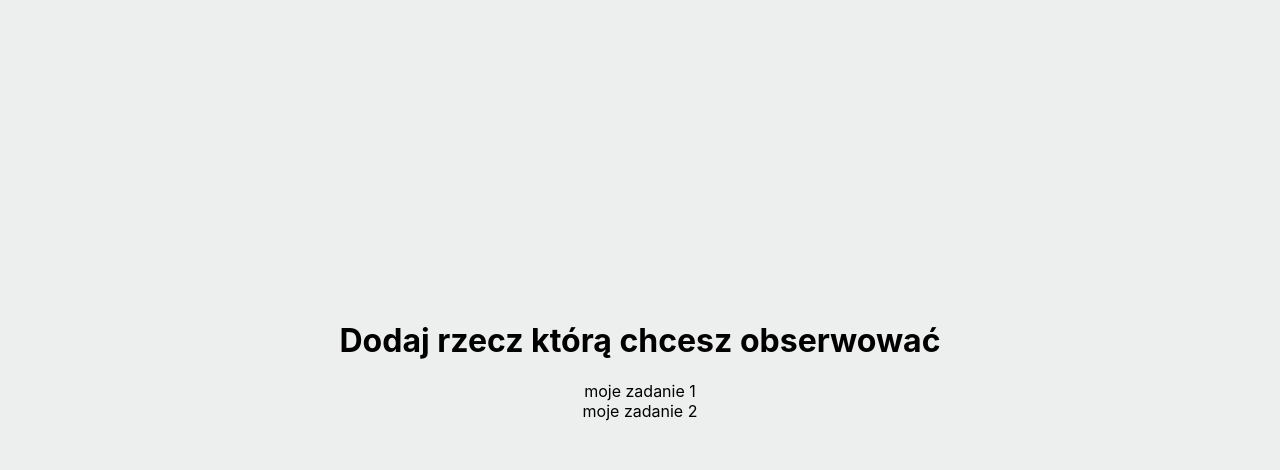
Repository: matedoo/crawler
Page: /MainApp
These files come from the project's save history. The page is drawn as it stood at one moment and after the next save; the edit follows.
The browser window is 1280 px wide. The pictures show the whole page.
The project was rebuilt for these pictures with package versions that can differ from the ones it lists, and the page was loaded fresh each time. Also part of the build but not shown: src/Components/button.js, src/Components/LoginComponents/LoginApp.js, src/Components/LoginComponents/RegisterApp.js, src/Components/btnContainer.js, src/Components/heading.js, src/Components/LoginComponents/StartApp.js.

Above is the page before, as saved 2020-04-19 18:11:10.

After the next save:
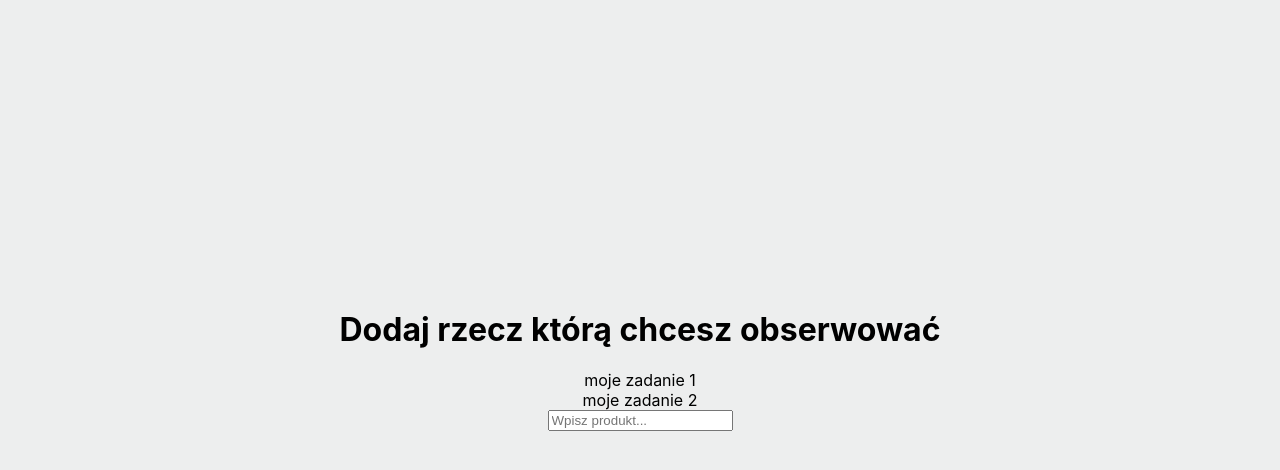
Saved 6 min 31 s later.
--- a/src/Components/MainApp/MainApp.js
+++ b/src/Components/MainApp/MainApp.js
@@ -16,7 +16,7 @@ function MainApp(props) {
             element={element}
           />
         ))}
-
+        <input placeholder='Wpisz produkt...'></input>
       </LoginAppStyled>
     );
 
